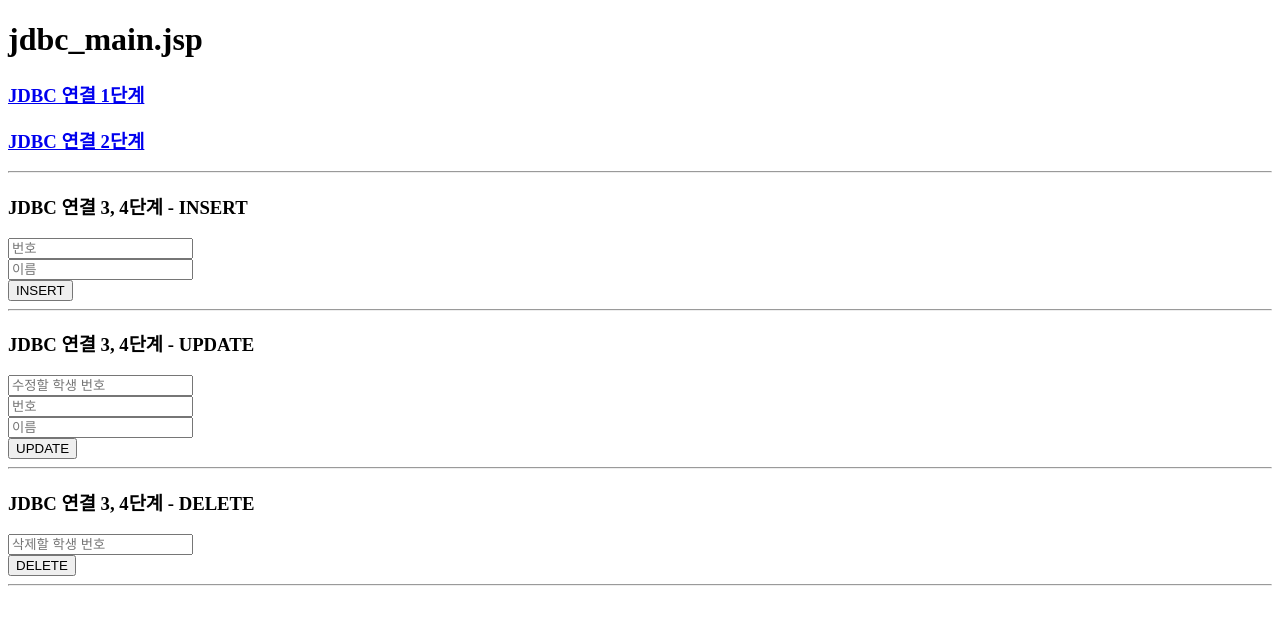
Repository: junesse-afk/ITJSP
Page: http://localhost/StudyJSP/jsp10_jdbc/jdbc_main.jsp
These files come from the project's save history. The page is drawn as it stood at one moment and after the next save; the edit follows.
The browser window is 1280 px wide. The pictures show the whole page.
The page is served by Tomcat 10.

Above is the page before, as saved 2024-11-28 00:33:42.

After the next save:
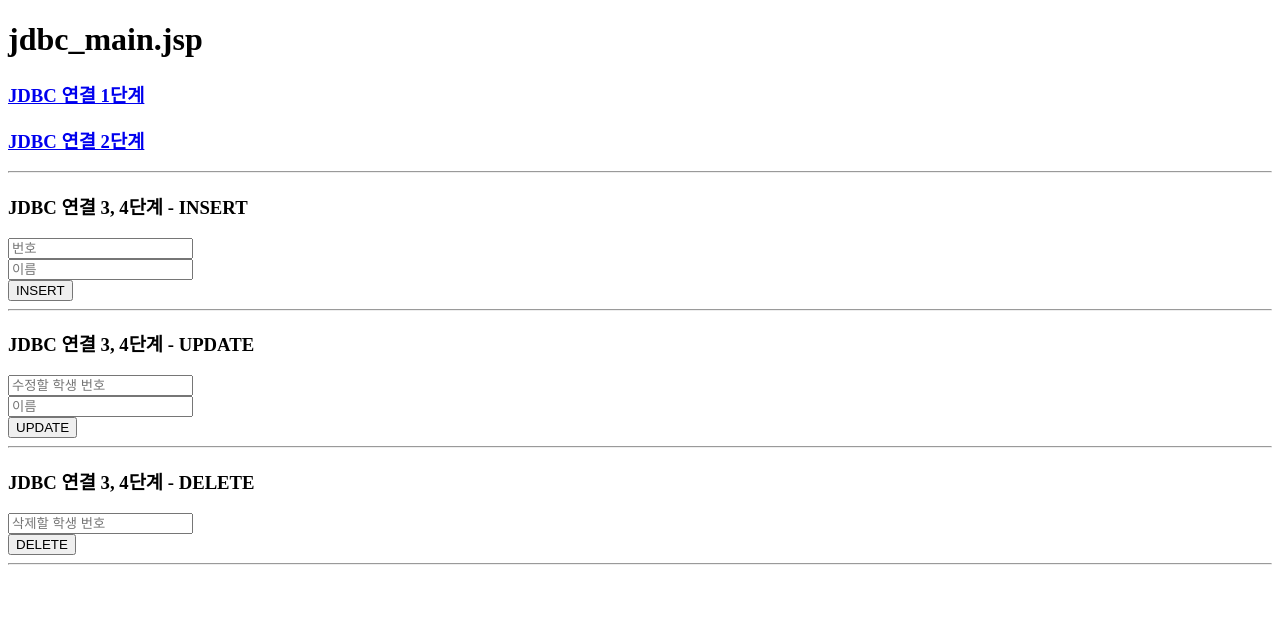
Saved 9 min 28 s later.
--- a/workspace_jsp/StudyJSP/src/main/webapp/jsp10_jdbc/jdbc_main.jsp
+++ b/workspace_jsp/StudyJSP/src/main/webapp/jsp10_jdbc/jdbc_main.jsp
@@ -23,8 +23,8 @@
 
 	<h3>JDBC 연결 3, 4단계 - UPDATE</h3>
 	<form action="connect3_update.jdbc" method="post">
-		<input type="text" name="no" placeholder="수정할 학생 번호"><br>
-		<input type="text" name="idx" placeholder="번호"><br>
+		<input type="text" name="idx" placeholder="수정할 학생 번호"><br>
+<!-- 		<input type="text" name="idx" placeholder="번호"><br> -->
 		<input type="text" name="name" placeholder="이름"><br>
 		<input type="submit" value="UPDATE">
 	</form>
